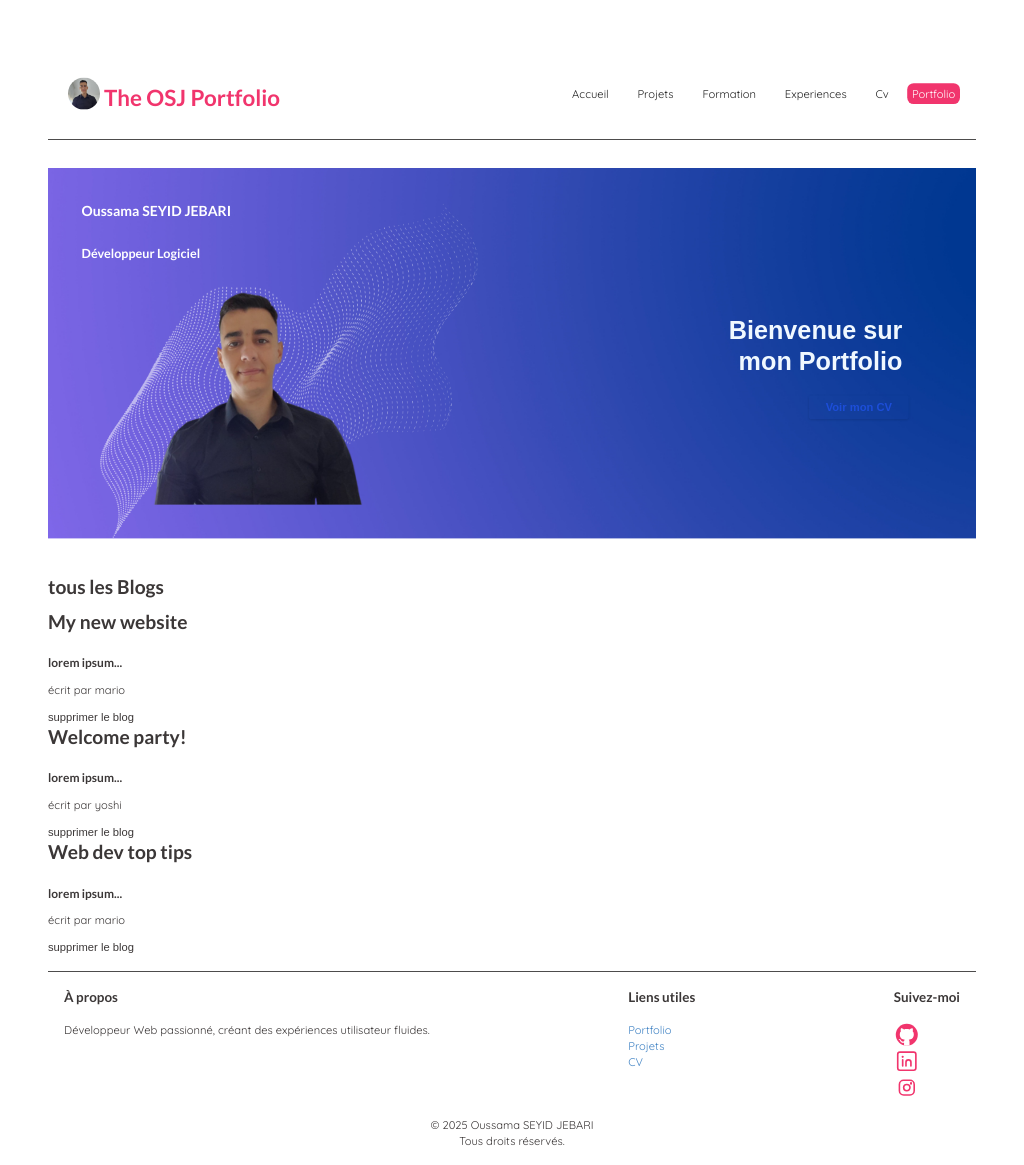
Repository: OussamSJ/Portfolio
Page: /
The author's editor kept a copy of each file at every save. The page is drawn from the files as they stood at one save, then again after the next save.
The browser window is 1280 px wide. The pictures show the whole page, at 80% of full size.
The project was rebuilt for these pictures with package versions that can differ from the ones it lists, and the page was loaded fresh each time. Also part of the build but not shown: src/Random.js, src/Cv.js, src/Expcomponent.js, src/Experiences.js, src/FormationComponent.js, src/Formation.js.

Above is the page before, as saved 2025-05-10 11:33:53.

### public/index.html
<!DOCTYPE html>
<html lang="en">
  <head>
    <meta charset="utf-8" />
    <link rel="icon" href="%PUBLIC_URL%/Logo-Devloper.png" />
    <meta name="viewport" content="width=device-width, initial-scale=1" />
    <meta name="theme-color" content="#000000" />
    <meta
      name="description"
      content="Web site created using create-react-app"
    />
    <link rel="apple-touch-icon" href="%PUBLIC_URL%/logo192.png" />
    <!--
      manifest.json provides metadata used when your web app is installed on a
      user's mobile device or desktop. See https://developers.google.com/web/fundamentals/web-app-manifest/
    -->
    <link rel="manifest" href="%PUBLIC_URL%/manifest.json" />
    <!--
      Notice the use of %PUBLIC_URL% in the tags above.
      It will be replaced with the URL of the `public` folder during the build.
      Only files inside the `public` folder can be referenced from the HTML.

      Unlike "/favicon.ico" or "favicon.ico", "%PUBLIC_URL%/favicon.ico" will
      work correctly both with client-side routing and a non-root public URL.
      Learn how to configure a non-root public URL by running `npm run build`.
    -->
    <title>Portfolio App</title>
  </head>
  <body>
    <noscript>You need to enable JavaScript to run this app.</noscript>
    <div id="root"></div>
    <!--
      This HTML file is a template.
      If you open it directly in the browser, you will see an empty page.

      You can add webfonts, meta tags, or analytics to this file.
      The build step will place the bundled scripts into the <body> tag.

      To begin the development, run `npm start` or `yarn start`.
      To create a production bundle, use `npm run build` or `yarn build`.
    -->
  </body>
</html>

### src/index.js
import React from 'react';
import ReactDOM from 'react-dom/client';
import './index.css';
import App from './App';
import reportWebVitals from './reportWebVitals';
import 'semantic-ui-css/semantic.min.css'

const root = ReactDOM.createRoot(document.getElementById('root'));
root.render(
  <React.StrictMode>
    <App />
  </React.StrictMode>
);

// If you want to start measuring performance in your app, pass a function
// to log results (for example: reportWebVitals(console.log))
// or send to an analytics endpoint. Learn more: https://bit.ly/CRA-vitals
reportWebVitals();

### src/index.css
@import url('https://fonts.googleapis.com/css2?family=Quicksand:wght@300;400;500;600;700&display=swap');
@tailwind base;
@tailwind components;
@tailwind utilities;

/* base styles */
* {
  margin: 0;
  font-family: -apple-system, BlinkMacSystemFont, 'Segoe UI', 'Roboto', 'Oxygen',
    'Ubuntu', 'Cantarell', 'Fira Sans', 'Droid Sans', 'Helvetica Neue',
    sans-serif;
  -webkit-font-smoothing: antialiased;
  -moz-osx-font-smoothing: grayscale;
  font-family: "Quicksand";
  color: #3b3737;
}

code {
  font-family: source-code-pro, Menlo, Monaco, Consolas, 'Courier New',
    monospace;
}
.navbar {
  padding: 20px;
  display: flex;
  align-items: center;
  max-width: 1200px;
  margin: 0 auto;
  border-bottom: 1px solid #212020;

}
.navbar h1 {
  color: #f1356d;
}
.navbar .links {
  margin-left: auto;
}
.navbar a {
  margin-left: 16px;
  text-decoration: none;
  padding: 6px;
}
.navbar img {
 width: 40px;
 height: 40px;
 margin: 5px ;
 object-fit: cover;       /* remplit et rogne si besoin */
 border-radius: 50%;      /* transforme le carré en cercle */
 display: block;
}
.navbar a:hover {
  color: #f1356d;
}


/* Responsive: cache les liens sur mobile */
.desktop-only {
  display: flex;
}

.mobile-toggle {
  display: none;
  margin-left: auto;
  cursor: pointer;
}

/* Responsive behavior */
@media (max-width: 768px) {
  .desktop-only {
    display: none;
  }

  .mobile-toggle {
    display: block;
  }
}
.content {
  max-width: 1200px;
  margin: 40px auto;
  padding: 20px;
}


.couverture {
  background-image:
  url("/public/couverture-portfolio.png");
background-size:cover;        /* couvre tout le conteneur sans déformation */
background-position: center;   /* centre l’image */
background-repeat: no-repeat;  /* pas de répétition */

height: 100%;
width: 100%;

color: white;
font-family: 'Orbitron', sans-serif; /* une police géométrique, proche de celle utilisée */
}





.couverture h1 {
  margin-top: 20px auto;
  margin-right: 50px;
  align-items: center;
  text-align: center;
  color: aliceblue;
text-align: right;
justify-self: right;
  font-family: 'Agrandir Grand', sans-serif; /* une police futuriste */
}








.portfolio-footer {
  justify-content: space-between;
  display: flex;
  padding: 20px;
  border-top: 1px solid #212020;
}

.card-title{
  margin-bottom:  20px;

  padding: 0;
  font-size: 1.2rem;

}
.social-links a{
  list-style: none;
  text-decoration: none;
  margin-left: auto;
  text-align: left;

}
.social-links img{
 width: 40%;
 height: 40%;
}


ul {
  list-style-type: none;
  padding: 0; /* Supprime le retrait par défaut */
  margin: 0;  /* Supprime la marge par défaut */
}
.social-links a:hover {
  color: #f1356d;
}

.footer-bottom {
  display: block;
  text-align: center;
  }

  ul li {
    text-align: left;

  }



  .not-found {
    justify-content: center;
    align-items: center;
    text-align: center;
    height: 50vh;
    margin-top: 200px;
    font-size: 3rem;
  }


  img-couverture {
    width: 100%;
    height: 100%;
    justify-content: flex-end;
    align-items: center;
    object-fit:fill; /* Remplit l'élément sans déformation */
    border-radius: 50%; /* Transforme le carré en cercle */
    display: flex;
  }

### src/App.js
import React from 'react';
import { BrowserRouter, Routes, Route } from 'react-router-dom';
import ReactDOM from 'react-dom/client';
import Home from './Home';
import Navbar from './Navbar'; // Si vous avez une barre de navigation
import Cv from './Cv'; // Si vous avez une page de CV
import Footbar from './Footbar';
import Experiences from './Experiences';
import Formation from './Formation';

function App() {
  return (
    <BrowserRouter>
      <div className="App">
        <div className='content'>
          <Routes>
            <Route path="/" element={<Home />} />
            <Route path="/cv" element={<Cv />} />
            <Route path="/experiences-professionnelle" element={<div ><Navbar/> <Experiences /><Footbar/></div>} />
            <Route path="/formation" element={<div ><Navbar/> <Formation /><Footbar/></div>} />
            <Route path="*" element={
              <div >
                <Navbar />
                <h1 className='not-found' >Page introuvable</h1>
                <Footbar />
              </div>
            } />
          </Routes>
        </div>
      </div>
    </BrowserRouter>
  );
}

export default App;

### src/Home.js
import { useEffect, useState } from "react";

import BlogList from "./BlogList";
import Random from "./Random";
import Navbar from "./Navbar";
import Footbar from "./Footbar";


const Home = () => {
  const [blogs, setBlogs] = useState([
    { title: 'My new website', body: 'lorem ipsum...', author: 'mario', id: 1 },
    { title: 'Welcome party!', body: 'lorem ipsum...', author: 'yoshi', id: 2 },
    { title: 'Web dev top tips', body: 'lorem ipsum...', author: 'mario', id: 3 }
  ])

  const handleDelete = (id) => {
    const newBlogs = blogs.filter(blog => blog.id !== id);
    setBlogs(newBlogs);
  }


  useEffect(() => {
    console.log('use effect ran');
    console.log(blogs);
  })

  return (
    <div className="Home">
      <Navbar />

      <div className="couverture flex items-center mt-10 justify-between  text-white p-12 flex-wrap">


{/* Partie gauche */}

<div className="flex flex-col items-start space-y-4 max-w-md w-max h-max">
  <h3 className="text-xl text-white font-semibold">Oussama SEYID JEBARI</h3>
  <h3 className="text-lg text-white">Développeur Logiciel</h3>
  <div className="w-200 h-200 mt-4 ml-20">
    <img src="oussama_img.png" alt="photo de profil" className="rounded-lg object-cover w-full h-full" />
  </div>
</div>

{/* Partie droite */}
<div className="text-right max-w-md mt-10 md:mt-30">
  <h1 className="text-4xl text-white font-bold mb-6 leading-tight">
    Bienvenue sur <br /> mon Portfolio
  </h1>
  <button className="bg-transparent text-blue-700 font-bold py-2 px-6  mr-12 rounded shadow hover:bg-gray-100 transition">
    Voir mon CV
  </button>
</div>

</div>

      <BlogList blogs={blogs} title="tous les Blogs" handleDelete={handleDelete}/> <br/>

      <Footbar/>
    </div>
  );
}

export default Home;

### src/Navbar.js
import React, { Component } from 'react';
import { Menu, MenuItem, MenuMenu, Icon, Sidebar, Segment } from 'semantic-ui-react';

class Navbar extends Component {
  state = {
    activeItem: 'home',
    sidebarVisible: false,
  };

  handleItemClick = (e, { name }) => this.setState({ activeItem: name });

  toggleSidebar = () => {
    this.setState(prev => ({ sidebarVisible: !prev.sidebarVisible }));
  };

  render() {
    const { activeItem, sidebarVisible } = this.state;

    return (
      <>
        {/* Top Nav */}
        <nav className="navbar">
          <img src="photo-portfolio.jpg" alt="logo" className="logo" />
          <h1>The OSJ Portfolio</h1>
          <div className="mobile-toggle" onClick={this.toggleSidebar}>
            <Icon name="bars" size="large" />
          </div>
          <div className="links desktop-only">
            <Menu secondary>
              <MenuItem name='accueil' active={activeItem === 'accueil'} onClick={this.handleItemClick} as="a" href="/" />
              <MenuItem name='projets' active={activeItem === 'projets'} onClick={this.handleItemClick} as="a" href="/projets" />
              <MenuItem name='formation' active={activeItem === 'formation'} onClick={this.handleItemClick} as="a" href="/formation" />
              <MenuItem name='expériences' active={activeItem === 'expériences'} onClick={this.handleItemClick} as="a" href="/experiences-professionnelle" />
              <MenuItem name='cv' active={activeItem === 'cv'} onClick={this.handleItemClick} as="a" href="/cv" />
              <MenuMenu position='right'>
                <MenuItem
                  name='portfolio'
                  active={activeItem === 'portfolio'}
                  onClick={this.handleItemClick}
                  as="a"
                  href="/"
                  style={{
                    color: 'white',
                    backgroundColor: '#f1356d',
                    borderRadius: '8px',
                    padding: '6px',
                  }}
                />
              </MenuMenu>
            </Menu>
          </div>
        </nav>

        {/* Sidebar for mobile */}
        <Sidebar
          as={Menu}
          animation='overlay'
          icon='labeled'
          inverted
          vertical
          visible={sidebarVisible}
          width='thin'
          direction='right'
        >
          <MenuItem as="a" href="/" onClick={this.toggleSidebar}>Accueil</MenuItem>
          <MenuItem as="a" href="/projets" onClick={this.toggleSidebar}>Projets</MenuItem>
          <MenuItem as="a" href="/formation" onClick={this.toggleSidebar}>Formation</MenuItem>
          <MenuItem as="a" href="/experiences-professionnelle" onClick={this.toggleSidebar}>Expériences</MenuItem>
          <MenuItem as="a" href="/cv" onClick={this.toggleSidebar}>CV</MenuItem>
          <MenuItem as="a" href="/" onClick={this.toggleSidebar} style={{ backgroundColor: '#f1356d', color: 'white', borderRadius: '8px' }}>Portfolio</MenuItem>
        </Sidebar>
      </>
    );
  }
}

export default Navbar;

### src/Footbar.js

const Footbar = () => {
  return (
  <div className="footbar">
   <footer class="portfolio-footer">

    <div class="card-deck">
    <div class="card">
      <div class="card-body">
        <h4 class="card-title">À propos</h4>
        <p class="card-text">Développeur Web passionné, créant des expériences utilisateur fluides.</p>
      </div>
    </div>
    </div>

    <div class="card-deck">
    <div class="card">
      <div class="card-body">
        <h4 class="card-title">Liens utiles</h4>
        <ul class="social-links" >
        <li><a href="#">Portfolio</a></li>
        <li><a href="#">Projets</a></li>
        <li><a href="#">CV</a></li>
      </ul>
      </div>
    </div>
    </div>

    <div class="card-deck">
    <div class="card">
      <div class="card-body">
        <h4 class="card-title">Suivez-moi</h4>
        <ul class="social-links">
        <li><a href="https://github.com/OussamSJ#"> <img  src="github.svg"  alt="GitHub"></img></a></li>
        <li><a href="https://www.linkedin.com/in/oussama-sj/  "> <img src="linkedin.svg" alt="LinkedIn"></img></a></li>
        <li><a href="https://www.instagram.com/oussama.sj/"> <img src="instagram.svg" alt="Instagram"></img></a></li>
      </ul>
      </div>
    </div>
    </div>

   </footer>
    <div class="footer-bottom">
    <p>© 2025 Oussama SEYID JEBARI <br/> Tous droits réservés.</p>
    </div>

  </div>

  );
}

export default Footbar;

### src/BlogList.js
const BlogList = ({ blogs, title, handleDelete }) => {
    return (
      <div className="blog-list"> <br/>

        <h2>{ title }</h2>
        {blogs.map(blog => (
          <div className="blog-preview" key={blog.id} >
            <h2>{ blog.title }</h2>
            <h4> {blog.body}    </h4>
            <p>écrit par { blog.author }</p>
            <button  onClick={()=>handleDelete (blog.id)}> supprimer le blog</button>
          </div>
        ))}
      </div>
    );
  }

  export default BlogList;

### tailwind.config.js
/** @type {import('tailwindcss').Config} */
module.exports = {
  content: [  "./src/**/*.{js,ts,jsx,tsx}",],
  theme: {
    extend: {
      colors: {
        primary: '#f1356d', // Exemple
      },
    },
  },
  plugins: [],
}

Loaded but not shown: src/reportWebVitals.js (common file)

After the next save:
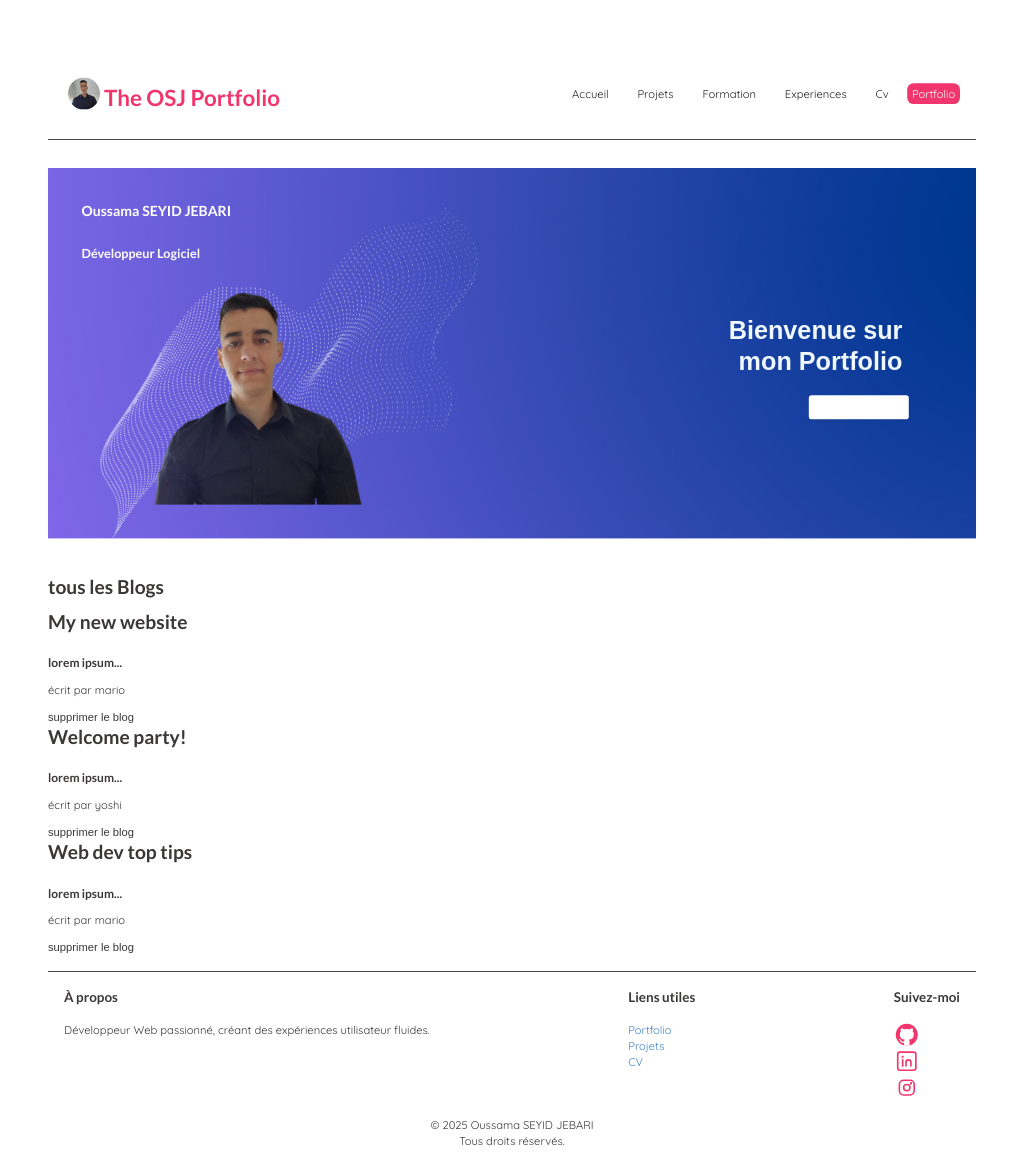
Saved 28 s later.
--- a/src/Home.js
+++ b/src/Home.js
@@ -46,7 +46,7 @@
   <h1 className="text-4xl text-white font-bold mb-6 leading-tight">
     Bienvenue sur <br /> mon Portfolio
   </h1>
-  <button className="bg-transparent text-blue-700 font-bold py-2 px-6  mr-12 rounded shadow hover:bg-gray-100 transition">
+  <button className="bg-white text-transparent font-bold py-2 px-6  mr-12 rounded shadow hover:bg-gray-100 transition">
     Voir mon CV
   </button>
 </div>
